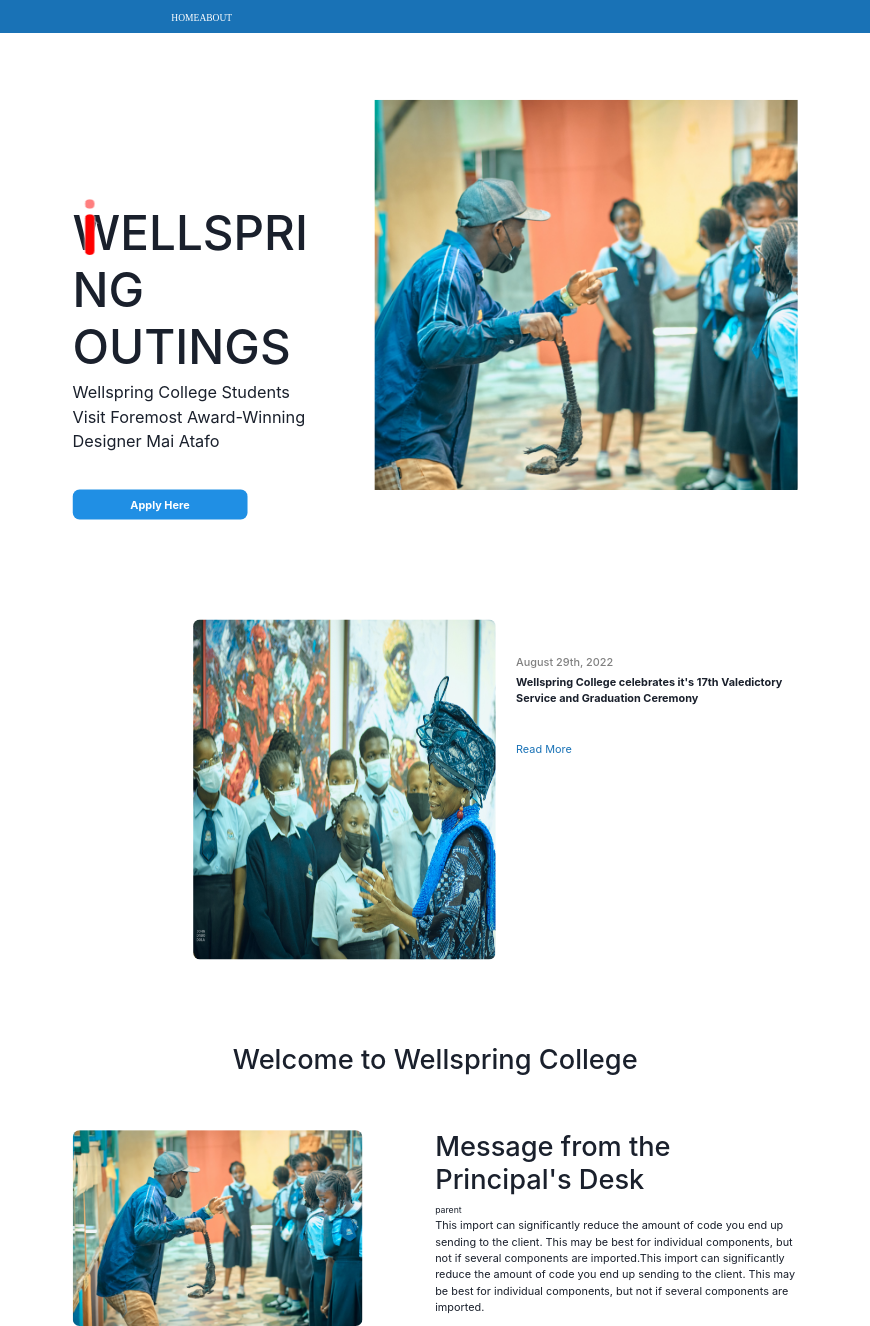
Repository: gr8skills/wellspring-school-forked
Page: /
An editor plug-in stored every save of this project. The page is shown before and after the next save, followed by the edit.
The browser window is 1280 px wide. The pictures show the whole page, at 68% of full size.
The project was rebuilt for these pictures with package versions that can differ from the ones it lists, and the page was loaded fresh each time. Also part of the build but not shown: src/components/Navbar/Dropdown.scss, src/components/Navbar/Dropdown.js, src/components/Calendar/Calendar.js.

Above is the page before, as saved 2022-12-02 00:12:30.

### src/index.css
body {
  /* margin: 0;
  font-family: -apple-system, BlinkMacSystemFont, 'Segoe UI', 'Roboto', 'Oxygen',
    'Ubuntu', 'Cantarell', 'Fira Sans', 'Droid Sans', 'Helvetica Neue',
    sans-serif;
  -webkit-font-smoothing: antialiased;
  -moz-osx-font-smoothing: grayscale; */
}

/* code {
  font-family: source-code-pro, Menlo, Monaco, Consolas, 'Courier New',
    monospace;
} */

### src/App.js
import logo from './logo.svg';
import './App.css';
import { BrowserRouter, Routes, Route, Link, Outlet } from "react-router-dom";
import "bootstrap/dist/css/bootstrap.min.css";

import NavBar from './components/Navbar/Navbar';
import { Home } from './pages/Home/Home';

function App() {
  return (


    <BrowserRouter>
      <NavBar />

      <Routes>
        <Route path="/" element={<Home />} />
        {/* <Route path="users" element={<Users />}>
          <Route path="me" element={<OwnUserProfile />} />
          <Route path=":id" element={<UserProfile />} />
        </Route> */}
      </Routes>
    </BrowserRouter>
  );
}

export default App;

### src/App.css
body{
}

.App {
  text-align: center;
    background-color:black;

}

.App-logo {
  height: 40vmin;
  pointer-events: none;
}

@media (prefers-reduced-motion: no-preference) {
  .App-logo {
    animation: App-logo-spin infinite 20s linear;
  }
}


@keyframes App-logo-spin {
  from {
    transform: rotate(0deg);
  }
  to {
    transform: rotate(360deg);
  }
}

### src/pages/Home/Home.js

import Carousel from "react-bootstrap/Carousel";
import Slider1 from "../../assets/slider1.png";
import Slider2 from "../../assets/slider2.png";
import { Sliders } from "../../components/Sliders/Sliders";
import { Button, ButtonGroup } from "@chakra-ui/react";

import "./_home.scss";
import { AppButton } from "../../components/AppButton/AppButton";
import { Calendar } from "../../components/Calendar/Calendar";
import { News } from "../../components/News/News";
export const Home =()=>{
    return (
      <>
        <div className="home-page-trans col-md-12 flexy">
          <div className="col-md-1">&nbsp;</div>
          <div className="col-md-10">
            {" "}
            <Carousel fade>
              <Carousel.Item>
                <div className="col-md-12 flexy">
                  <div className="col-md-4 slider-label">
                    <h1>Beyond the Classroom</h1>
                    <p>
                      Wellspring College Students Visit Foremost Award-Winning
                      Designer Mai Atafo
                    </p>
                  </div>
                  <div className="col-md-1">&nbsp;</div>
                  <div className="col-md-7">
                    <img
                      className="col-md-12 imgCaro"
                      src={Slider1}
                      alt="Scholar"
                    />
                  </div>
                </div>
              </Carousel.Item>

              <Carousel.Item>
                <div className="col-md-12 flexy">
                  <div className="col-md-4 slider-label">
                    <h1>WELLSPRING OUTINGS</h1>
                    <p>
                      Wellspring College Students Visit Foremost Award-Winning
                      Designer Mai Atafo
                    </p>
                  </div>
                  <div className="col-md-1">&nbsp;</div>

                  <div className="col-md-7">
                    <img
                      className="col-md-12 imgCaro"
                      src={Slider2}
                      alt="Scholar"
                    />
                  </div>
                </div>
              </Carousel.Item>
            </Carousel>
            <AppButton text="Apply Here" />
            {/* <Calendar month="Nov" day="10" year="2022" event="Open Day" time="10:00am-3:00pm"/> */}
            <News date="August 29th, 2022" message="Wellspring College celebrates it's 17th Valedictory Service and Graduation Ceremony" url=""/>
          </div>
        </div>
        <div className="col-md-12 welcome-message-title">
          <Sliders
            header="Welcome to Wellspring College"
            message="This import can significantly reduce the amount of code you end up sending to the client. This may be best for individual components, but not if several components are imported.This import can significantly reduce the amount of code you end up sending to the client. This may be best for individual components, but not if several components are imported."
            sliderImg={Slider2}
            title="Message from the Principal's Desk"
            speaker="parent"
          />
        </div>
      </>
    );
}

### src/components/Navbar/MenuItems.js
export const navMenus = {
    about: [
        // {title: 'About ' + process.env.REACT_APP_SITE_NAME, path: '/about', cName: 'dropdown-link'},
        // {title: 'Administrator’s Message', path: '/about/administrators-message', cName: 'dropdown-link'},
        // {title: 'Proprietor’s Message', path: '/about/proprietors-message', cName: 'dropdown-link'},
        // {title: 'History of the School', path: '/about/history', cName: 'dropdown-link'},
        // {title: 'Contact Us', path: '/about/contact-us', cName: 'dropdown-link'},
    ]
}

export default navMenus;

### src/components/Navbar/NavBar.module.css


.navCont{
    position: relative;
    /* display: flex; */
    width:25%;
    /* justify-content: space-between; */
    /* margin: 0 auto; */
    /* max-height: 5rem; */
    padding-left:220px;

}

.nav-links{
    font-size:10px !important;
}


.imgCont{
    position: relative;
}

/* .imgContent{
    position: absolute;
    z-index: 1;
    height: 6vw;

} */

/* .btnPortal{
    background-color: #4CA14900;
    color: #fff;
    height: 2.5rem;
    width: 7rem;
    font-size: 18px;
    border-radius: 5px;
    position: relative;
    outline: 0;
    border: 0;
    transition: 1.5s scale linear;
} */

/* .btnPortal:focus{
    outline: 0;
    border: 0;
} */

/* .btnPortal:hover{
    transform: scale(1.02);
    background-color: #4CA149CF;
} */

/* .fIcon{
    width: 30px;
    height: 30px;
    padding: 5px 5px;
    transform: translate(-6px, -1px);
} */

/* @media screen and (max-width: 960px) {
    .navCont{
        position: relative;
        display: flex;
        width: 100%;
        justify-content: space-between;
        margin: 0 auto;
        max-height: 5rem;

    }

    .imgContent{
        position: absolute;
        z-index: 1;
        height: 16vw;

    }

}


 */

### src/components/Navbar/_navbar.scss
@import "../../variables";





.navContainer{
    background:$themecolor;
    min-height: 3rem;
    position: fixed;
    z-index: 1;
    right: 0;
    width: 100%;
    top: 0;
}


.nav-list{
    display: flex;
    max-width: 70%;
    width: 70%;
    justify-content: space-between;
    list-style: none;
    color: #fff;
    font-family: monserat;
    transform: translateY(54%);
    margin: 0 !important;
}

.nav-list li{
    line-height: 25px;
    text-align: center;
    margin: 0;
    font-size: 14px;

}

/* .nav-list li a{
    color: #fff;
} */


.nav-item {
    height: auto;
    justify-content: center;
    display: flex;
}

.menu-icon{
    display: none;
}




.nav-links {
    color: #fff;
    display: flex;
    align-items: center;
    text-decoration: none;
    height: 100%;
    transition: all 0.2s ease-out;

}

.nav-links:hover {
    background-color: #fff;
    text-decoration: none;
    // padding:5px;
    color:$themecolor;
}


@media screen and (max-width: 600px) {
    .ph{
        display: none;
    }

@media screen and (max-width: 960px) {
    .nav-list{
        display: none;
    }
}

    .menu-icon{
        display: block;
    }

    .nav-list{
        display: flex;
        flex-direction: column;
        position: absolute;
        height: 42rem;
        width: 100%;
        max-width: 100% !important;
        top: 48px;
        transform: translateY(4%);
        /* z-index: 999; */
        opacity: 1;
        right: -100%;
        transition: all .5s linear;
    background-color: #4CA149;

    }
.mainMenu li a{
    line-height:20px !important;

}
    .nav-list.active{
        transition: all 0.3s ease-out;
        visibility: visible;
        transition: all .5s linear;
        right: 0;
        /* z-index: 1; */
    }

    .nav-list.active li {
        font-size: 4vw;
        position: relative;
        margin: 30px 0;
    }


    .fa-times{
        position: relative;
        float: right;
        width: 100%;
    }

    .fa-times, .fa-bars{
        font-size: 40px;
        color: #feed00;
        transition: all 1.5ms linear;
        transform: translate(-29px, 17px);

    }
.nav-links{
    display:none;
}
}




@media screen and (min-width: 960px) {
    .wrapper{
        display:none;
    }
}



/*for sidenav*/




.ph:hover{
    background-color:rgb(255, 165, 0) !important;
    opacity:1 !important
}
.wrapper{
    position: absolute;
    top: 50%;
    left: 50%;
    transform: translate(-50%, -50%);

}
.mainMenu{
    width: 250px;
    display: block;
    border-radius: 10px;
    overflow: hidden;
}
.mainMenu a{
  font-size:20px !important;
  font-weight:bold !important;
      font-family: monserat;
      /* margin-bottom:-20px; */
}
.item{
    border-top: 1px solid orange;
    overflow: hidden;
margin: top 0;
line-height: 20px !important;
}
.btn{
    display: block;
    padding: 15px 20px;
    color: #fff;
    position: relative;
    padding-left:5px !important;
    /* text-align:left !important; */

}
.btn:before{
    content: '';
    position: absolute;
    width: 0;
    height: 0;
    border-left: 8px solid transparent;
    border-right:8px solid transparent;
    /* border-top:10px solid rgba(0,128,0,0.9); */
    right: 15px;
    bottom: -10px;
    z-index: 9;

}
.btn i {
    margin-right: 7px;
    margin-left: -5px;
    font-size: 13px;
}
.subMenu{
    /* background:#A3DA8D !important; */
      overflow: hidden;
        /* background:rgba(78,161,73, 0.1)!important; */
        background:rgba(178,161,173, 0.1)!important;

    transition: max-height 0.7s;
max-height: 0;
z-index:300000000 !important;
position:relative !important;

}
.subMenu a{
    display: block;
    /* padding: 5px 10px !important; */
    color: #fff !important;
    font-size: 14px !important;
    border-bottom: 1px solid #394c7f;
    position: relative;
    margin-top:5px !important;


}
.subMenu a:before{
    content: '';
    opacity: 0;
    transition: opacity 0.3s;

}
.subMenu a:hover:before{
    content: '';
    position: absolute;
    height: 0;
    width: 6px;
    left: 0;
    top:0;
    opacity: 1;
    /* background-color: #d8d824; */
    border-top: 24px solid transparent;
    border-left: 11px solid #ffffff;
    border-bottom: 24px solid transparent;
}
.subMenu a:after{
    content: '';
    opacity: 0;
    transition: opacity 0.3s;

}
.subMenu a:hover:after{
    content: '';
    position: absolute;
    height: 0;
    width: 6px;
    right: 0px;
    top:0;
    opacity: 1;
    /* background-color: #d8d824; */
    border-top: 24px solid transparent;
    border-right: 11px solid #ffffff;
    border-bottom: 24px solid transparent;
}
.subMenu a:hover{
   background-color:orange;
    transition: all 0.3s;
    border-bottom: 2px solid #394c7f;
}
.subMenu a:last-child{
    border:none;
}
.item:target .subMenu{
    max-height: 300px;
        /* transition: max-height 0.7s !important; */

}

.login{
  background-color:#ED2f59;
  padding:5px 14px 5px 14px !important;
  border-radius:5px;
margin-right:55px;
margin-left:30px;
font-family: 'Poppins', sans-serif;

  }



.portal{
  background-color:rgb(221, 156, 35);
  /* padding:7px; */
  width:120px;
  margin-left:50px;
  border-radius:5px;
 padding:7px !important;
 font-size:5px !important;
 color:white !important;
    /* padding-bottom:6px !important; */
  margin-top:20px !important;
   font-size:11px !important;
      text-decoration: none;

  }

  .portal a{

  }

### src/components/Sliders/Sliders.js
import './_sliders.scss'

export const Sliders=(props)=>{
    return (
      <>
        <div className="col-md-12 slider-header">
          <h1>{props.header}</h1>
        </div>
        <div className="col-md-12 flexy slider-container">
          <div className="col-md-1">&nbsp;</div>
          <div className="col-md-4">
            <img
              className="col-md-12 imgCaro"
              src={props.sliderImg}
              alt="Scholar"
            />
          </div>
          <div className="col-md-1">&nbsp;</div>
          <div className="col-md-5">
            <h1>{props.title}</h1>
            <small>{props.speaker}</small>
            <p>{props.message}</p>
          </div>
        </div>
      </>
    );
}

### src/pages/Home/_home.scss
@import "../../variables";
@import "../../shared-styles";



.home-page-trans{
    img{
            margin-top:147px;
            height:100% !important;

    }
    .slider-label{
        margin-top:300px;
        h1{
                    font-size:70px;

        }
        p{
            font-size:24px;
        }
    }
    .carousel {
    position: relative;
    z-index: 0;

}
.carousel-inner {
    position: relative;
    width: 100%;
    overflow: hidden;
    height: 100vh;
}

.imgCaro{
    width: 100%;
    height: 100%;
    object-fit: cover;
}

.carousel-indicators > button.active {
    opacity: 1;
    max-width: 14px !important;
    max-height:60px  !important;
    min-width: 14px !important;
    min-height:60px  !important;
    background-color: red !important;
    border-color: #fff !important;
    outline: none;
    border: none;
    border-radius: 7px !important;

}

.carousel-indicators button{
    max-width: 14px !important;
    max-height: 14px !important;
    min-width: 14px !important;
    min-height: 14px !important;
    margin: 3px 5px !important;
    border-radius: 7px !important;
    background-color: red!important;
    border: 1px solid #fff !important;
    transition: all .5s linear ;

}

.carousel-indicators button:focus{
        outline:0;
        border-color: #4287BD;
}
.carousel-indicators  {
    position: absolute;
    right: 0;
    bottom: 10px;
    left: 0;
    z-index: 15;
    display: flex;
    flex-direction: column;
    height: 100%;
    justify-content: center;
    padding-left: 0;
    margin-right: 0;
    margin-left: 1vw;
    list-style: none;
    outline: none;
    border: none;
}

.carousel-control-next {
    left: 1vw;
    transform: rotate(-91deg);
    position: absolute;
    margin-top: 15% !important;
    justify-content: right !important;
    height: 10px;
    width: 18px !important;
    font-size: 50px;

}
.carousel-control-prev {
    left: 1.5vw;
    transform: rotate(91deg) !important;
    position: absolute;
    margin-top: 30% !important;
    justify-content: right !important;
    height: 10px;
    font-size: 50px;
    width: 20px !important;
}
// .carousel-control-prev::after{
//     content: url('../../assets/DownArrows.svg');
//     background-color: red;
//     font-size: 54px;
//     z-index: 100;
//     right: 0;
//     width: 20px;
//     height: 80px;
// }
// .carousel-control-next::after{
//     content: url('../../assets/DownArrows.svg');
//     background-color: red !important;
//     font-size: 54px;
//     z-index: 1000000000000000000000000000;
//     position:relative;
//     right: 0;
//     width: 20px;
//     height: 80px;
// }
}

### src/components/AppButton/AppButton.js
import { Button, ButtonGroup } from "@chakra-ui/react";
import "./_app-button.scss";
export const AppButton =(props)=>{
    return (
      <button className="app-button">
        {props.text}
      </button>
    );
}

### src/components/News/News.js
import "./_news.scss";
import Slider1 from "../../assets/slider1.png";
import { Link, NavLink } from "react-router-dom";

export const News=(props)=>{
return (
  <>
    <div className="row">
      <div className="col-md-12 flexy news-container">
        <div className="col-md-2">&nbsp;</div>
        <div className="col-md-10 flexy">
          <div className="col-md-6 news-img">
            {" "}
            <img className="col-md-12" src={Slider1} alt="Scholar" />
          </div>
          <div className="col-md-6 news-description">
            <h6>{props.date}</h6>
            <p>
              <strong>{props.message}</strong>
            </p>
            <div className="read-more-link">

              <Link to={props.url}>Read More</Link>
            </div>
          </div>
        </div>
      </div>
    </div>
  </>
);
}

### src/_variables.scss
$themecolor:#1972B6;
$themecolor2:rgb(32,143,228);

### src/components/Sliders/_sliders.scss
@import "../../variables";
@import "../../shared-styles";


.slider-header{
    text-align: center;
    margin-top:70px;
    margin-bottom:80px;
    font-size:50px;
}
.slider-container{
    img{
         position: relative;
    width: 100%;
    overflow: hidden;
    height: 40vh;
    border-radius:10px;;
            object-fit: cover;

    }
}

### src/_shared-styles.scss
@media screen and (max-width:620px){
    .flexyM{
        display:flex;
    }
}@media screen and (min-width:620px){
    .flexy{
        display:flex;
    }
}

### src/components/AppButton/_app-button.scss
@import "../../shared-styles";
@import "./overides";
@import "../../variables";

.app-button{
    background-color:$themecolor2;
    color:white;
    padding:10px 85px;
    font-weight:bold;
    border-radius:10px;
}

### src/components/Calendar/_calendar.scss
@import "../../shared-styles";
@import "../../variables";



.calendar-container{
    .calendar-box{
background-color:$themecolor2;
height:100px;
width:110px;
border-radius: 10px;
color:#fff;
    text-align: center;
    padding:10px 0;

    }
    p{
        color:grey;
    }
    .calendar-day{
        font-size:35px;
    }
    .calendar-description{
        font-size:25px;
    }
}

### src/components/News/_news.scss
@import "../../shared-styles";
@import "../../variables";
.news-container{
    .news-img{
                margin-bottom:200px;

    }
    img{
        width:100%;
        border-radius: 10px;


    }
    .news-description{
        margin-top:200px;
        margin-left:30px;
        h6{
            color:grey;
        }
    }
    .read-more-link{
        color:$themecolor;
        margin-top:50px;
    }
}

### src/components/AppButton/_overides.scss
@import "../../variables";



.css-jut409{
    background-color:$themecolor;
    padding:140px !important;
}

Loaded but not shown: public/index.html (common file); src/index.js (common file); src/reportWebVitals.js (common file); src/components/Navbar/Navbar.js (300 lines, source omitted)

After the next save:
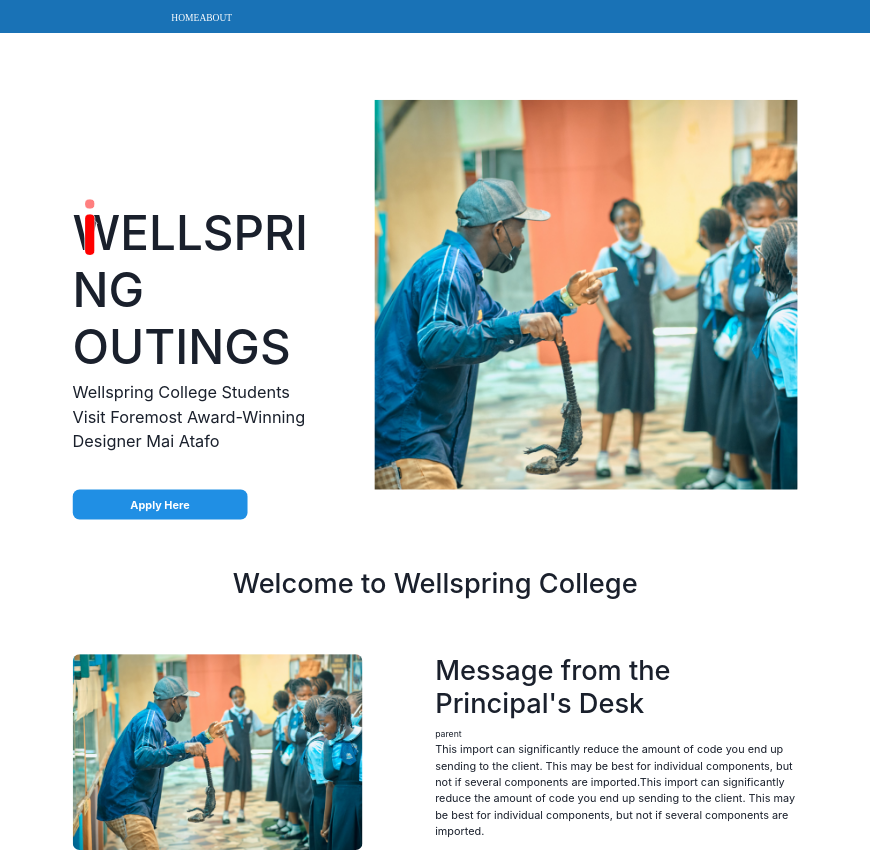
Saved 17 s later.
--- a/src/pages/Home/Home.js
+++ b/src/pages/Home/Home.js
@@ -60,7 +60,7 @@
             </Carousel>
             <AppButton text="Apply Here" />
             {/* <Calendar month="Nov" day="10" year="2022" event="Open Day" time="10:00am-3:00pm"/> */}
-            <News date="August 29th, 2022" message="Wellspring College celebrates it's 17th Valedictory Service and Graduation Ceremony" url=""/>
+            {/* <News date="August 29th, 2022" message="Wellspring College celebrates it's 17th Valedictory Service and Graduation Ceremony" url=""/> */}
           </div>
         </div>
         <div className="col-md-12 welcome-message-title">
